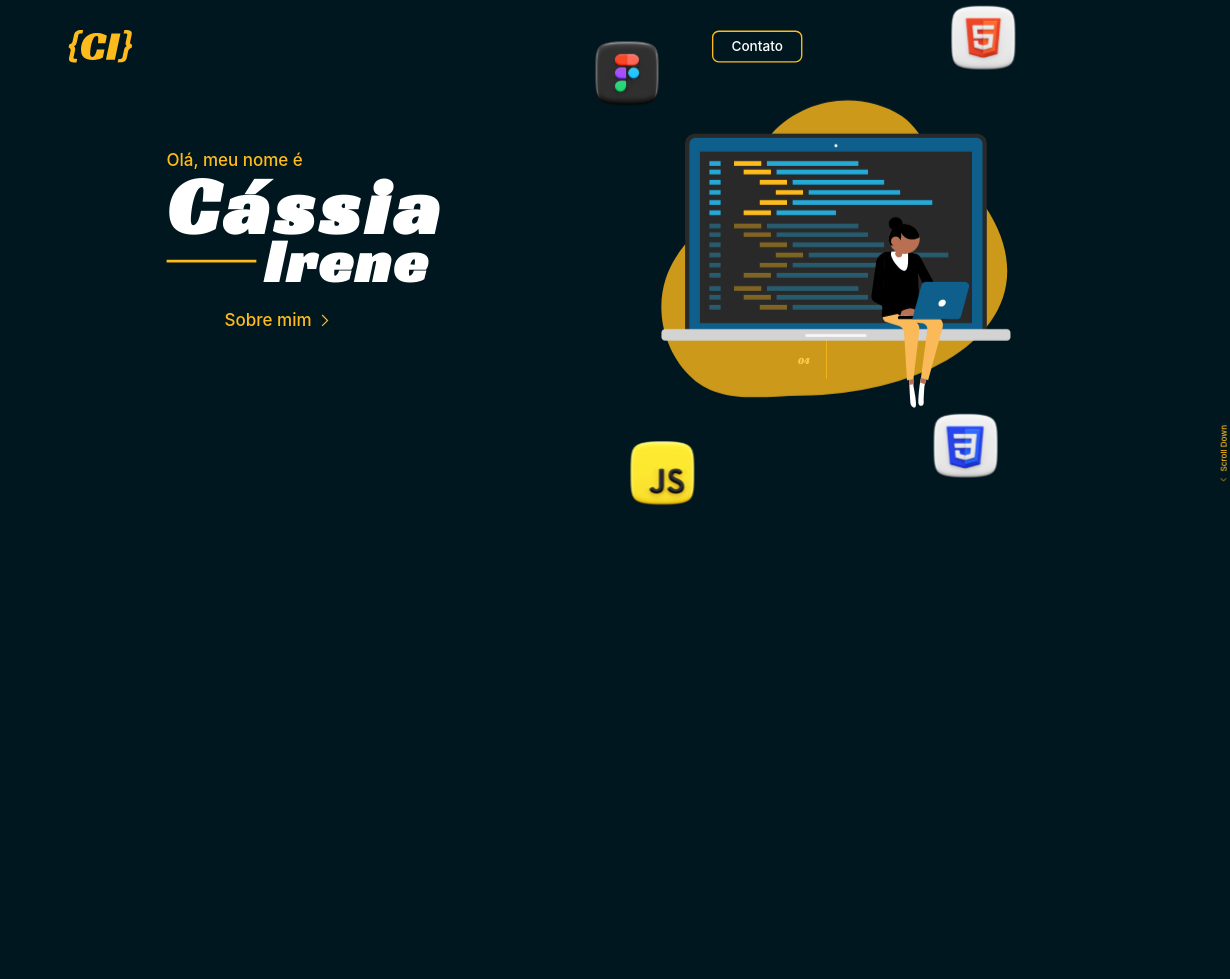
Repository: Cassia-Irene/My-Portfolio
Page: /
These files come from the project's save history. The page is drawn as it stood at one moment and after the next save; the edit follows.
The browser window is 1280 px wide. The page is 1809 px wide, so the pictures cover 1809 px, including what lies to the right of the window. The pictures show the whole page, at 68% of full size.
The project was rebuilt for these pictures with package versions that can differ from the ones it lists, and the page was loaded fresh each time. Also part of the build but not shown: vite.config.ts.

Above is the page before, as saved 2025-08-03 22:11:39.

### index.html
<!doctype html>
<html lang="en">
  <head>
    <meta charset="UTF-8" />
    <link rel="icon" type="image/svg+xml" href="./src/assets/logo.svg" />
    <meta name="viewport" content="width=device-width, initial-scale=1.0" />
    <link rel="preconnect" href="https://fonts.googleapis.com">
    <link rel="preconnect" href="https://fonts.gstatic.com" crossorigin>
    <link href="https://fonts.googleapis.com/css2?family=Racing+Sans+One&display=swap" rel="stylesheet">
    <title>Cássia Nascimento</title>
  </head>
  <body>
    <div id="root"></div>
    <script type="module" src="/src/main.tsx"></script>
  </body>
</html>

### src/index.css
* {
  padding: 0;
  margin: 0;
}

body {
  margin: 0;
  display: flex;
  place-items: center;
  min-width: 320px;
  min-height: 100vh;
}

body {
  background-color: #00171F;
}

### src/App.tsx
import React from "react";
import GlobalStyle from './GlobalStyle';
import Header from './Header';
import Hero from './Hero';
import SidebarNavigation from "./SidebarNavigation";
import SobreMim from './SobreMim';

const App: React.FC = () => {

  return (
    <>
    <SidebarNavigation />
      <GlobalStyle />
      <Header />
      <Hero />
      <SobreMim />
    </>
  );
};

export default App;

### src/GlobalStyle.ts
import { createGlobalStyle } from 'styled-components';

const GlobalStyle = createGlobalStyle`
  * {
    box-sizing: border-box;
  }

  body {
    margin: 0;
    padding: 0;
    overflow-x: hidden;
  }
  ::-webkit-scrollbar {
    width: 8px;
  }

`;

export default GlobalStyle;

### src/Header.tsx
import styled from "styled-components";

const HeaderContainer = styled.header`
    width: 100%;
    position: fixed;
    top: 30px;
    display: flex;
    justify-content: space-between;
    align-items: center;
    padding: 0 100px;
}
`;

const Logo = styled.img`
    width: 95px;
    height: 76px;

`;

const ContatoButton = styled.button`
    width: 133px;
    height: 47px;
    border: solid 2px #FFBB1B;
    border-radius: 10px;
    background-color: transparent;
    color: #FFFFFF;
    font-family: 'Inter', sans-serif;
    font-weight: 500;
    font-size: 20px;
    cursor: pointer;
    transition: all 0.3s ease-out;

    &:hover {
        background-color: #FFBB1B;
        font-weight: 500;
    }

`;

const Header = () => {
  return (
    <HeaderContainer>
        <Logo src="/src/assets/logo.svg" alt="Logo" />
      <ContatoButton>Contato</ContatoButton>
    </HeaderContainer>
  );
};

export default Header;

### src/Hero.tsx
import styled from "styled-components";

import centralImg from "./assets/svg_central.svg";
import img1 from "./assets/svg_figma.svg";
import img2 from "./assets/svg_html.svg";
import img3 from "./assets/svg_js.svg";
import img4 from "./assets/svg_css.svg";
import ArrowRight from "./assets/svg_seta_hero_sobre-mim.svg";
import ArrowDown from "./assets/svg_seta-down.svg";

const HeroSection = styled.section`
  height: 100vh;
  display: flex;
  justify-content: space-between;
  align-items: center;
  padding: 0 122px;
  position: relative;
  gap: 107px;
`;

const Left = styled.div`
  display: flex;
  flex-direction: column;
`;

const Intro = styled.p`
  font-family: "Inter", sans-serif;
  font-size: 25px;
  font-weight: 500;
  color: #FFBB1B;
  position: relative;
  left: 30%;
`;

const Name = styled.h1`
  font-size: 120px;
  font-family: "Racing Sans One", sans-serif;
  color: #FFFFFF;
  letter-spacing: 8px;
  position: relative;
  margin-top: -23px;
  left: 30%;
`;

const IreneWrapper = styled.div`
  display: flex;
  align-items: center;
  gap: 11px;
  margin-top: -51px;
  position: relative;
  left: 30%;
`;

const Rectangle = styled.div`
  width: 132.02px;
  height: 4px;
  background-color: #ffbb1b;
`;

const Irene = styled.h2`
  font-size: 90px;
  font-family: "Racing Sans One", sans-serif;
  color: #FFFFFF;
  letter-spacing: 4px;
`;

const AboutArrowIcon = styled.img`
  transition: transform 0.4s ease-in-out;
`;

const AboutButton = styled.button`
  display: flex;
  position: relative;
  left: 46%;
  align-items: center;
  background: transparent;
  padding: 10px 20px;
  cursor: pointer;
  border: none;
  font-family: "Inter", sans-serif;
  font-size: 25px;
  font-weight: 500;
  color: #ffbb1b;


  &:hover ${AboutArrowIcon} {
    transform: rotate(90deg);
  }
`;

const Right = styled.div`
  position: relative;
  width: 520px;
  height: 400px;
`;

const FloatingImg = styled.img<{ top?: string; left?: string; right?: string; bottom?: string }>`
  position: absolute;
  width: 100px;
  animation: float 4s ease-in-out infinite;
  ${({ top, left, right, bottom }) => `
    top: ${top || "auto"};
    left: ${left || "auto"};
    right: ${right || "auto"};
    bottom: ${bottom || "auto"};
  `}

  @keyframes float {
    0%, 100% {
      transform: translateY(0px);
    }
    50% {
      transform: translateY(-15px);
    }
  }
`;

const CentralImg = styled.img`
  width: 550px;
  height: 535.96px;
  position: absolute;
  top: -10%;
  left: 60%;
  transform: translate(-50%, -50%);
  animation: float 5s ease-in-out infinite;
`;

const ScrollDown = styled.button`
  position: absolute;
  bottom: 85px;
  left: 137%;
  transform: translateX(-50%);
  background: none;
  border: none;
  cursor: pointer;
  display: flex;
  align-items: center;
  gap: 2px;
  font-family: "Inter", sans-serif;
  font-size: 12px;
  font-weight: 500;
  white-space: nowrap;
  color: #ffbb1b;
  rotate: 270deg;

  img {
    width: 20px;
    height: 20px;
    rotate: 90deg;
    }

  &:hover img {
    transform: translateY(5px);
    transition: 0.3s ease;
  }
`;

const Hero = () => {
  const scrollToNext = () => {
    const nextSection = document.getElementById("next");
    if (nextSection) {
      nextSection.scrollIntoView({ behavior: "smooth" });
    }
  };

  return (
    <HeroSection id="section-00">
      {/* Lado Esquerdo */}
      <Left>
        <Intro>Olá, meu nome é</Intro>
        <Name>Cássia</Name>
        <IreneWrapper>
          <Rectangle />
          <Irene>Irene</Irene>
        </IreneWrapper>
        <AboutButton>
          Sobre mim <AboutArrowIcon src={ArrowRight} alt="Seta para a direita" />
        </AboutButton>
      </Left>

      {/* Lado Direito */}
      <Right>
        <CentralImg src={centralImg} alt="Principal" />
        <FloatingImg src={img1} top="-22%" left="45%" />
        <FloatingImg src={img2} top="-35%" right="-65%" />
        <FloatingImg src={img3} bottom="-50%" left="55%" />
        <FloatingImg src={img4} bottom="-40%" right="-60%" />
      </Right>

      {/* Scroll Down */}
      <ScrollDown onClick={scrollToNext}>
        <img src={ArrowDown} alt="Scroll Down" />
        Scroll Down
      </ScrollDown>
    </HeroSection>
  );
};

export default Hero;

### src/SidebarNavigation.tsx
import { useEffect, useRef, useState } from "react";
import styled from "styled-components";

const sections = ["00", "01", "02", "03", "04"];

const SidebarNavigation = () => {
  const [activeIndex, setActiveIndex] = useState(0);
  const [hoverIndex, setHoverIndex] = useState<number | null>(null);
  const barRef = useRef<HTMLDivElement>(null);

  useEffect(() => {
    const observer = new IntersectionObserver(
      (entries) => {
        entries.forEach((entry) => {
          if (entry.isIntersecting) {
            const index = Number(entry.target.id.split("-")[1]);
            setActiveIndex(index);
          }
        });
      },
      { threshold: 0.6 }
    );

    sections.forEach((_, index) => {
      const el = document.getElementById(`section-${index}`);
      if (el) observer.observe(el);
    });

    return () => observer.disconnect();
  }, []);

  useEffect(() => {
    const heightPerItem = 54; // mesma altura dos dots
    const targetIndex = hoverIndex !== null ? hoverIndex : activeIndex;

    if (barRef.current) {
      barRef.current.style.transform = `translateY(${targetIndex * heightPerItem}px)`;
    }
  }, [activeIndex, hoverIndex]);

  const handleClick = (index: number) => {
    const target = document.getElementById(`section-${index}`);
    if (target) {
      target.scrollIntoView({ behavior: "smooth" });
    }
  };

const SidebarContainer = styled.div`
  position: fixed;
  top: 40%;
  left: 93%;
  width: 50px;
  display: flex;
`;


const DotsWrapper = styled.div`
  display: flex;
  height: 270px;
`;

const Line = styled.div`
  width: 0.5px;
  height: 100%;
  background-color: #FFBB1B;
  z-index: 0;
  position: relative;
  left: 25px;
`;

const ActiveBar = styled.div`
  position: absolute;
  width: 2.5px;
  height: 54px;
  background-color: #ffbb1b;
  transition: transform 0.6s ease-in-out;
  z-index: 1;
  left: 23px;
`;

const Dots = styled.div`
  display: flex;
  flex-direction: column;
  gap: 0px;
  z-index: 2;
  position: relative;
  right: 40px;
`;

const Dot = styled.button<{ isActive: boolean }>`
  width: 40px;
  height: 54px;
  background: none;
  border: none;
  color: #FFFFFF;
  font-size: 14px;
  font-family: "Racing Sans One", sans-serif;
  cursor: pointer;
  display: flex;
  align-items: center;
  justify-content: flex-end;

  &:hover {
    color: #ffbb1b;
`;

  return (
    <SidebarContainer>
      <DotsWrapper>
        <Line />
        <ActiveBar ref={barRef} />
        <Dots>
          {sections.map((label, index) => (
            <Dot
              key={index}
              onClick={() => handleClick(index)}
              onMouseEnter={() => setHoverIndex(index)}
              onMouseLeave={() => setHoverIndex(null)}
              isActive={activeIndex === index}
            >
              {label}
            </Dot>
          ))}
        </Dots>
      </DotsWrapper>
    </SidebarContainer>
  );
};

export default SidebarNavigation;

### src/SobreMim.tsx
import styled from "styled-components";

const SobreMim = styled.section`
  height: 100vh;
  display: flex;
  justify-content: space-between;
  align-items: center;
  padding: 0 122px;
  position: relative;
  gap: 107px;
`;
export default SobreMim;

Loaded but not shown: src/main.tsx (common file)

After the next save:
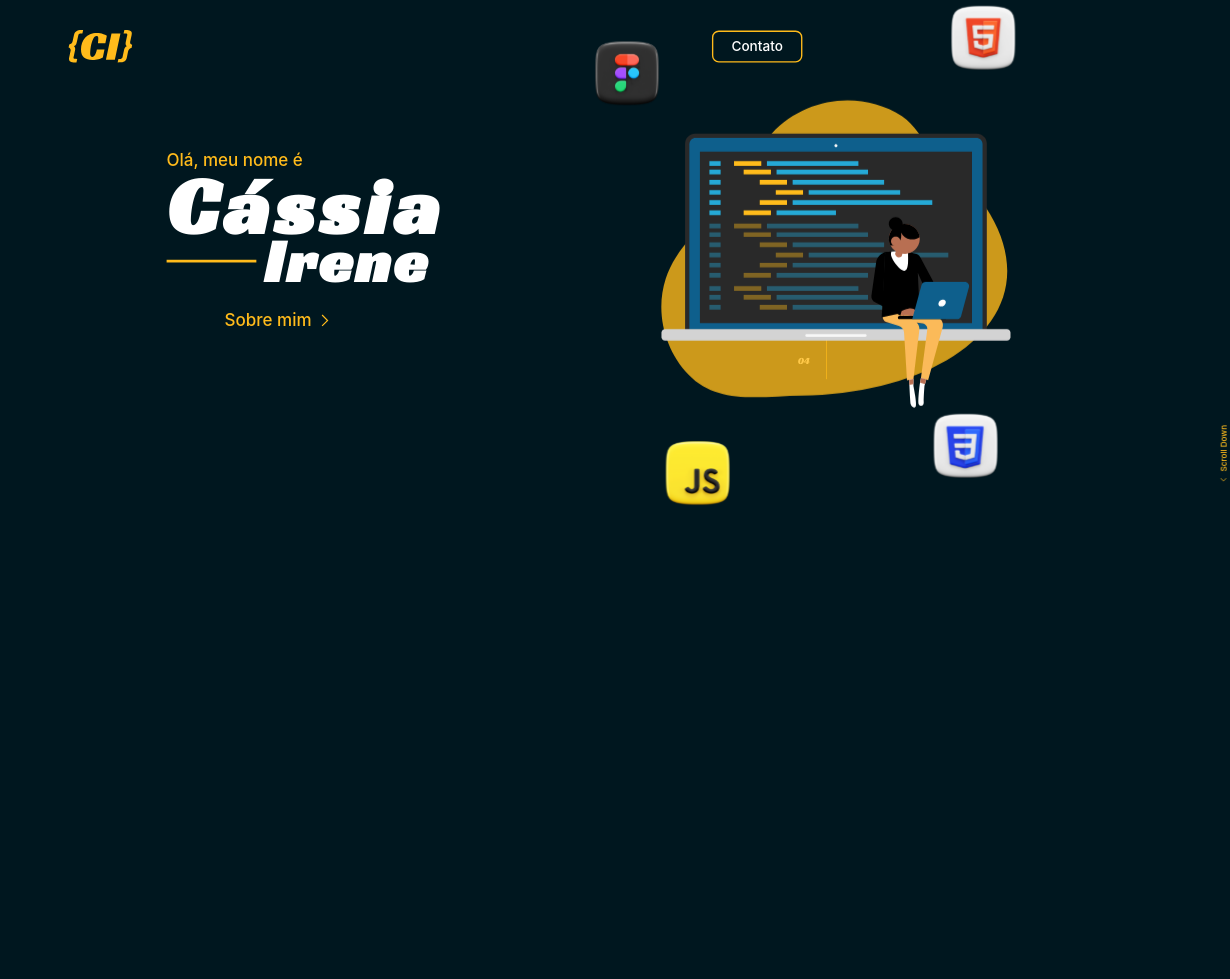
Saved 7 s later.
--- a/src/Hero.tsx
+++ b/src/Hero.tsx
@@ -183,7 +183,7 @@ const Hero = () => {
         <CentralImg src={centralImg} alt="Principal" />
         <FloatingImg src={img1} top="-22%" left="45%" />
         <FloatingImg src={img2} top="-35%" right="-65%" />
-        <FloatingImg src={img3} bottom="-50%" left="55%" />
+        <FloatingImg src={img3} bottom="-50%" left="65%" />
         <FloatingImg src={img4} bottom="-40%" right="-60%" />
       </Right>
 
